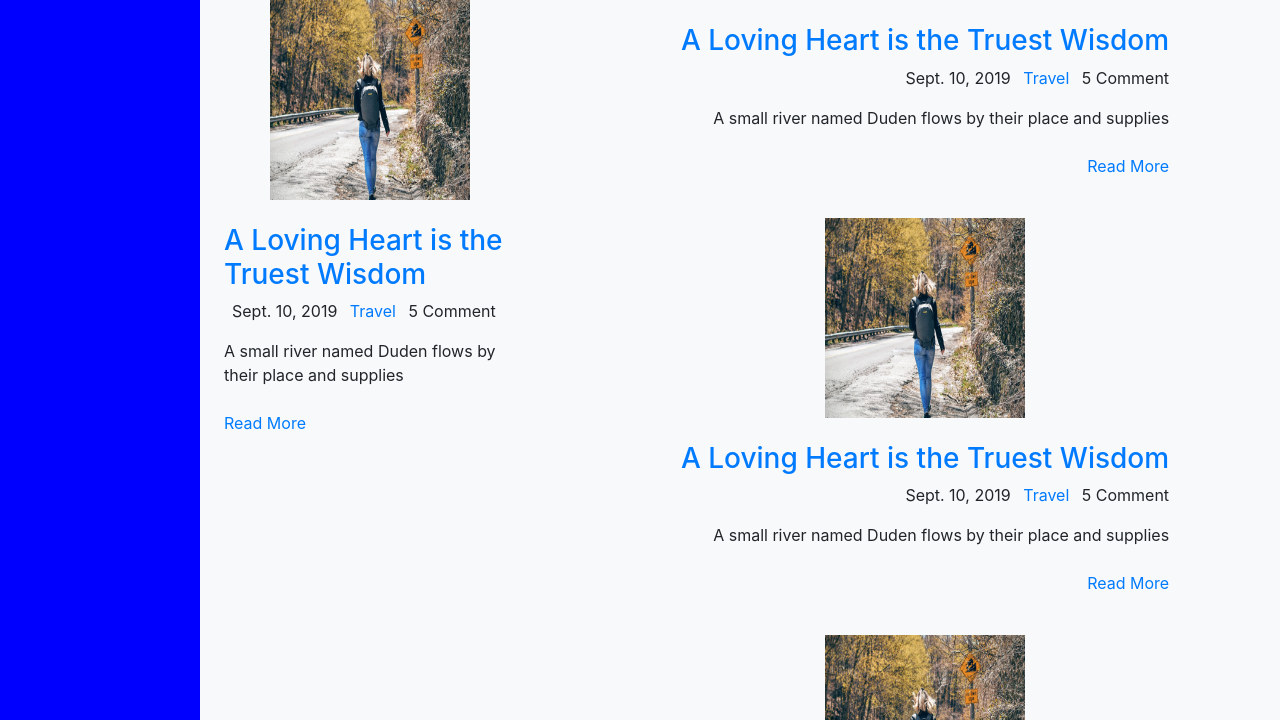
Repository: tts2610/GoogleNews
Page: index.html
These files come from the project's save history. The page is drawn as it stood at one moment and after a run of saves; the edit follows.
The browser window is 1280 px wide. The pictures show the whole page.
The page's requests for data from a server got no answer. An inner scrolling area shows only its first screen.

Above is the page before, as saved 2020-05-20 13:50:45.

### index.html
<!DOCTYPE html>
<html lang="en">

<head>
    <meta charset="UTF-8">
    <meta name="viewport" content="width=device-width, initial-scale=1.0">
    <title>Document</title>
    <link rel="stylesheet" href="https://maxcdn.bootstrapcdn.com/bootstrap/4.4.1/css/bootstrap.min.css">

    <!-- jQuery library -->
    <script src="https://ajax.googleapis.com/ajax/libs/jquery/3.5.1/jquery.min.js"></script>

    <!-- Popper JS -->
    <script src="https://cdnjs.cloudflare.com/ajax/libs/popper.js/1.16.0/umd/popper.min.js"></script>

    <!-- Latest compiled JavaScript -->
    <script src="https://maxcdn.bootstrapcdn.com/bootstrap/4.4.1/js/bootstrap.min.js"></script>
    <link rel="stylesheet" href="css/style.css">
</head>

<body>
    <div class="myContainer">
        <div class="sidenav"></div>
        <div class="content">
            <div class="row">
                <div class="col-4 d-flex">
                    <div class="blog-entry">
                        <div>
                            <img src="img/image_8.jpg" width="200" height="200">
                        </div>


                        <div class="text p-4">
                            <h3 class="mb-2"><a href="single.html">A Loving Heart is the Truest Wisdom</a></h3>
                            <div class="meta-wrap">
                                <p class="meta">
                                    <span><i class="icon-calendar mr-2"></i>Sept. 10, 2019</span>
                                    <span><a href="single.html"><i class="icon-folder-o mr-2"></i>Travel</a></span>
                                    <span><i class="icon-comment2 mr-2"></i>5 Comment</span>
                                </p>
                            </div>
                            <p class="mb-4">A small river named Duden flows by their place and supplies</p>
                            <p><a href="#" class="btn-custom">Read More <span class="ion-ios-arrow-forward"></span></a></p>
                        </div>
                    </div>
                </div>
                <div class="col-8 d-flex">
                    <div class="row">
                        <div class="col-md-12">
                            <div class="blog-entry ftco-animate d-md-flex align-items-center">
                                <div class="text text-2 text-md-right p-4" style="text-align: center;">
                                    <h3 class="mb-2"><a href="single.html">A Loving Heart is the Truest Wisdom</a></h3>
                                    <div class="meta-wrap">
                                        <p class="meta">
                                            <span><i class="icon-calendar mr-2"></i>Sept. 10, 2019</span>
                                            <span><a href="single.html"><i class="icon-folder-o mr-2"></i>Travel</a></span>
                                            <span><i class="icon-comment2 mr-2"></i>5 Comment</span>
                                        </p>
                                    </div>
                                    <p class="mb-4">A small river named Duden flows by their place and supplies</p>
                                    <p><a href="#" class="btn-custom">Read More <span class="ion-ios-arrow-forward"></span></a></p>
                                </div>
                                <div class="news-img"><img src="img/image_8.jpg" width="200" height="200"></div>
                            </div>
                        </div>
                        <div class="col-md-12">
                            <div class="blog-entry ftco-animate d-md-flex align-items-center">
                                <div class="text text-2 text-md-right p-4">
                                    <h3 class="mb-2"><a href="single.html">A Loving Heart is the Truest Wisdom</a></h3>
                                    <div class="meta-wrap">
                                        <p class="meta">
                                            <span><i class="icon-calendar mr-2"></i>Sept. 10, 2019</span>
                                            <span><a href="single.html"><i class="icon-folder-o mr-2"></i>Travel</a></span>
                                            <span><i class="icon-comment2 mr-2"></i>5 Comment</span>
                                        </p>
                                    </div>
                                    <p class="mb-4">A small river named Duden flows by their place and supplies</p>
                                    <p><a href="#" class="btn-custom">Read More <span class="ion-ios-arrow-forward"></span></a></p>
                                </div>
                                <div class="news-img"><img src="img/image_8.jpg" width="200" height="200"></div>
                            </div>
                        </div>
                    </div>
                </div>
            </div>


        </div>
    </div>

    <script src="js/script.js"></script>
</body>

</html>

### css/style.css
body {
    margin: 0
}

.myContainer {
    display: flex;
    justify-content: start;
}

.sidenav {
    height: 100vh;
    width: 200px;
    float: left;
    position: relative;
    background-color: blue;
}

.content {
    height: 100vh;
    width: calc(100% - 200px);
    float: right;
    position: relative;
    background-color: #f8f9fa;
    overflow-y: scroll;
}

.blog-entry {
    display: flex;
    flex-direction: column;
    align-items: center;
}

### js/script.js
let newsList = [];
const apiKey = "2dc86bcdc7184b17b45b74b30858f75a"
const loadNews = async() => {
    let url = `https://newsapi.org/v2/top-headlines?country=us&apiKey=${apiKey}`;
    let data = await fetch(url);
    let result = await data.json();

    console.log("what we get here", result);
}

loadNews();

After the next 2 saves:
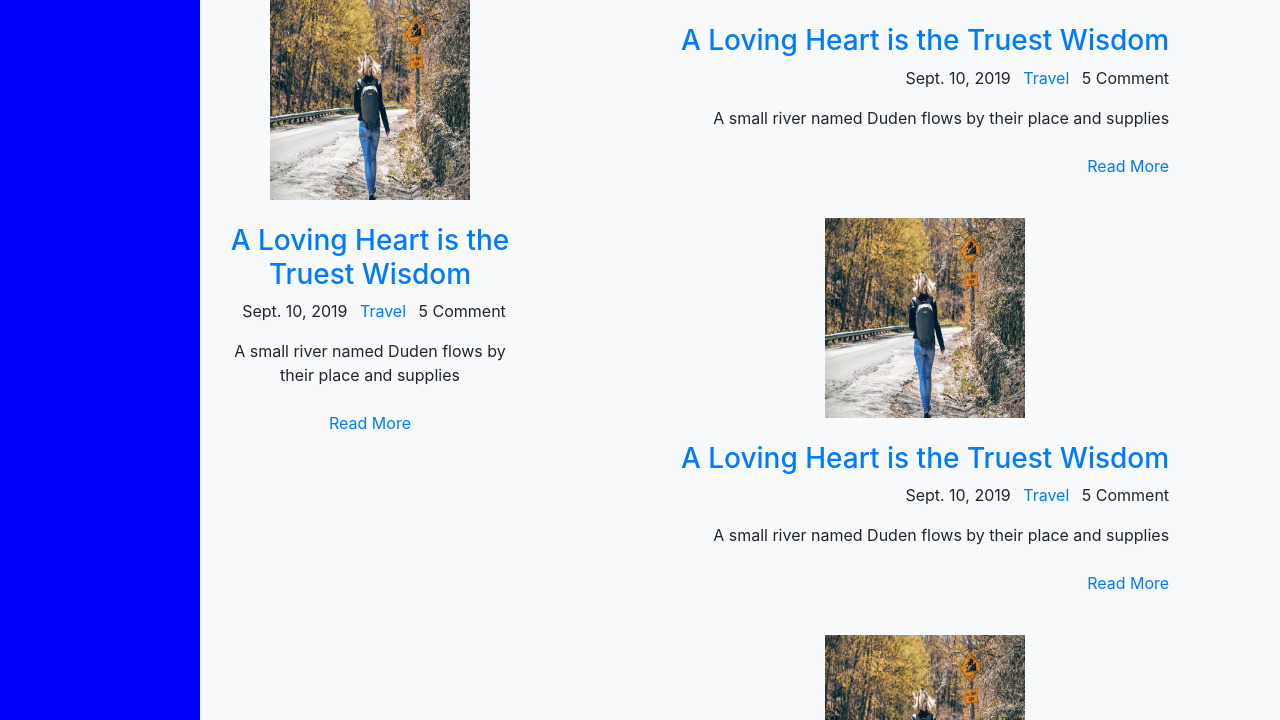
The 2 saves are shown as one change because they came seconds apart.
The last was saved 37 s later.
--- a/index.html
+++ b/index.html
@@ -28,9 +28,7 @@
                         <div>
                             <img src="img/image_8.jpg" width="200" height="200">
                         </div>
-
-
-                        <div class="text p-4">
+                        <div class="text p-4" style="text-align: center;">
                             <h3 class="mb-2"><a href="single.html">A Loving Heart is the Truest Wisdom</a></h3>
                             <div class="meta-wrap">
                                 <p class="meta">
@@ -48,7 +46,7 @@
                     <div class="row">
                         <div class="col-md-12">
                             <div class="blog-entry ftco-animate d-md-flex align-items-center">
-                                <div class="text text-2 text-md-right p-4" style="text-align: center;">
+                                <div class="text text-2 text-md-right p-4">
                                     <h3 class="mb-2"><a href="single.html">A Loving Heart is the Truest Wisdom</a></h3>
                                     <div class="meta-wrap">
                                         <p class="meta">
